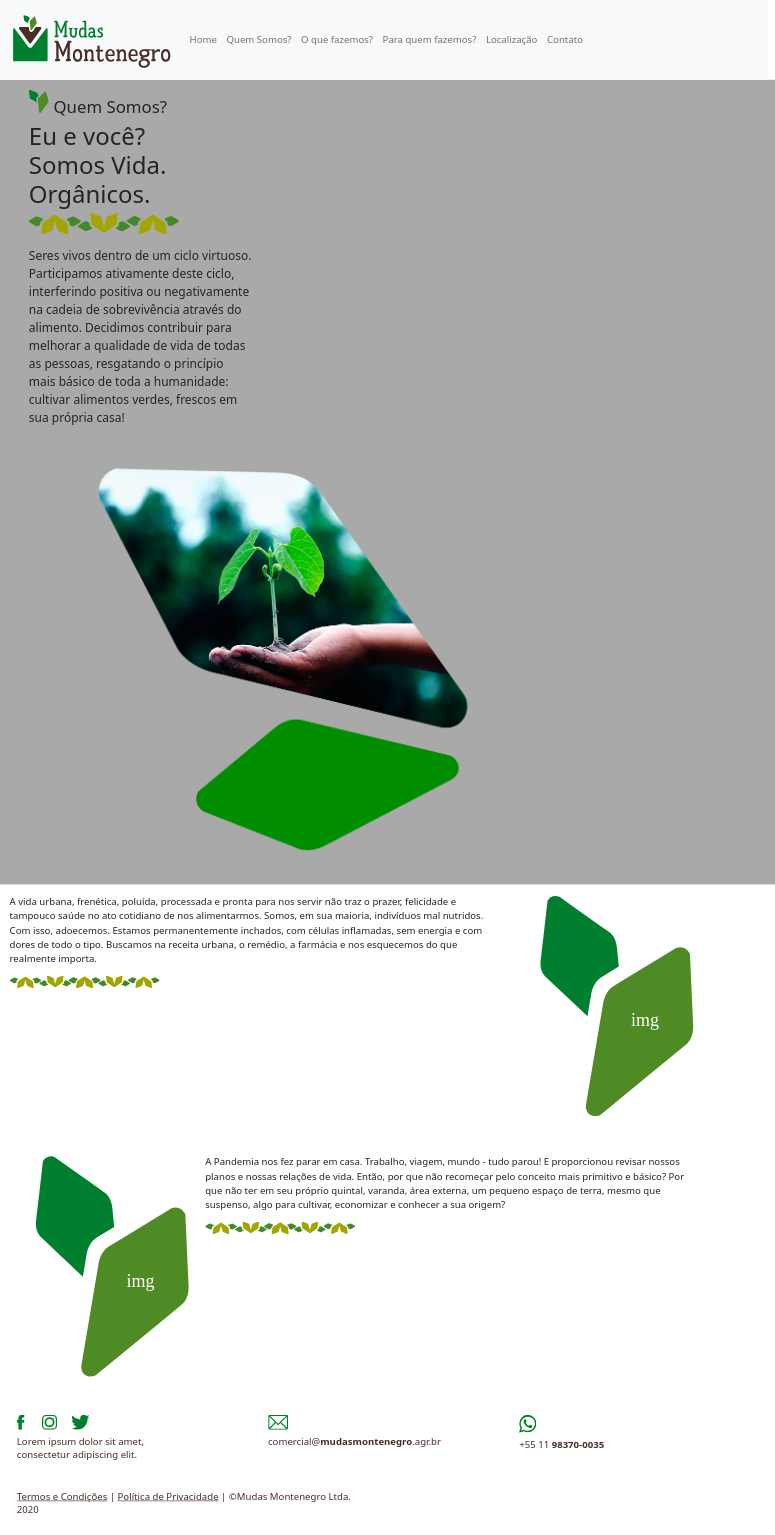
Repository: MaKnok/mudas-montenegro
Page: quem-somos.html
These files come from the project's save history. The page is drawn as it stood at one moment and after the next save; the edit follows.
The browser window is 1280 px wide. The page is 1292 px wide, so the pictures cover 1292 px, including what lies to the right of the window. The pictures show the whole page, at 60% of full size.
Some web libraries are served in a nearby version.

Above is the page before, as saved 2021-06-17 14:40:33.

After the next save:
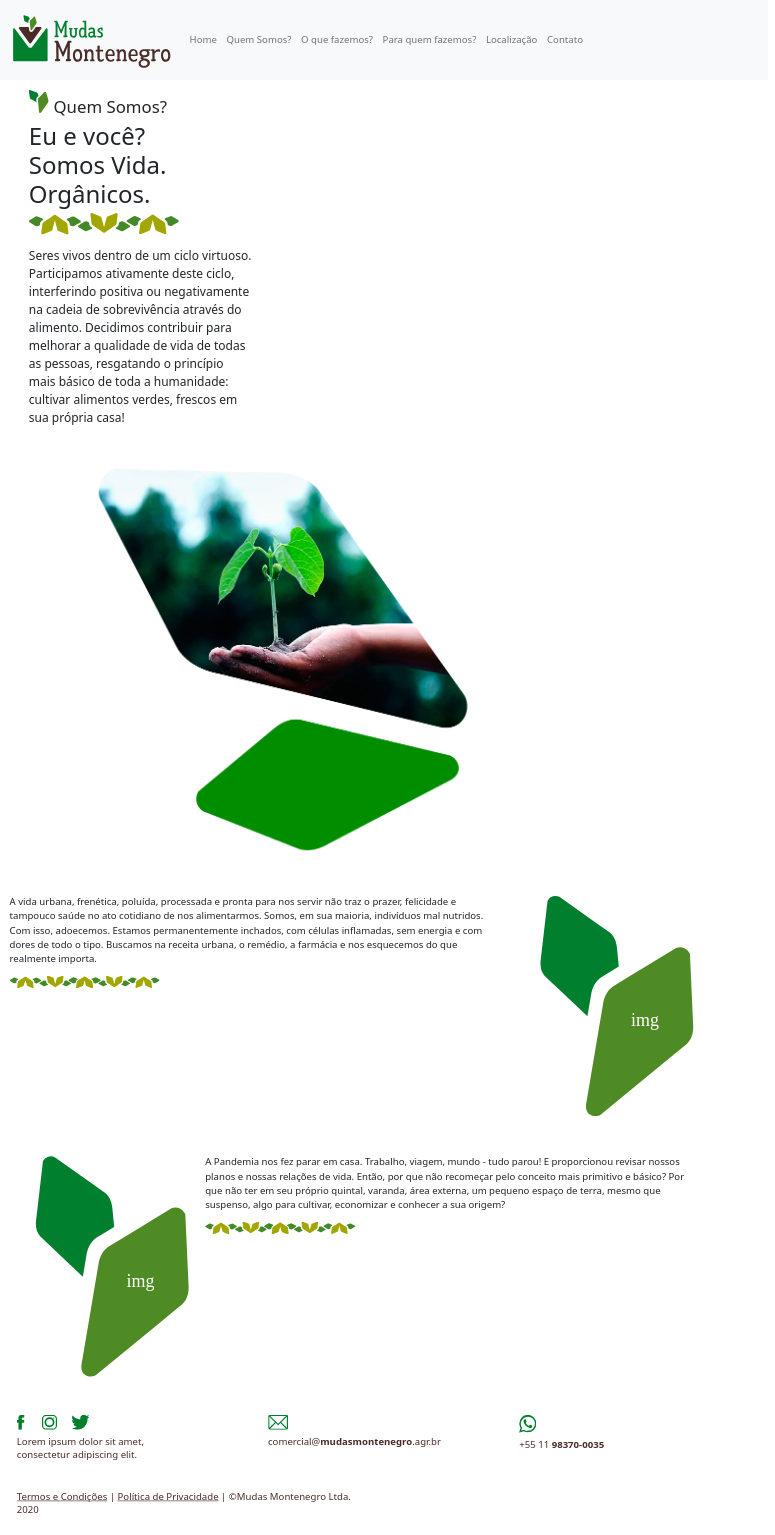
Saved 30 s later.
--- a/quem-somos.html
+++ b/quem-somos.html
@@ -54,7 +54,7 @@
 <!--- Intro -->
 
 
-<div class="row jumbotron section-top" style="background-color: darkgrey;">
+<div class="row jumbotron section-top">
 
   <div class="container-fluid">
 
